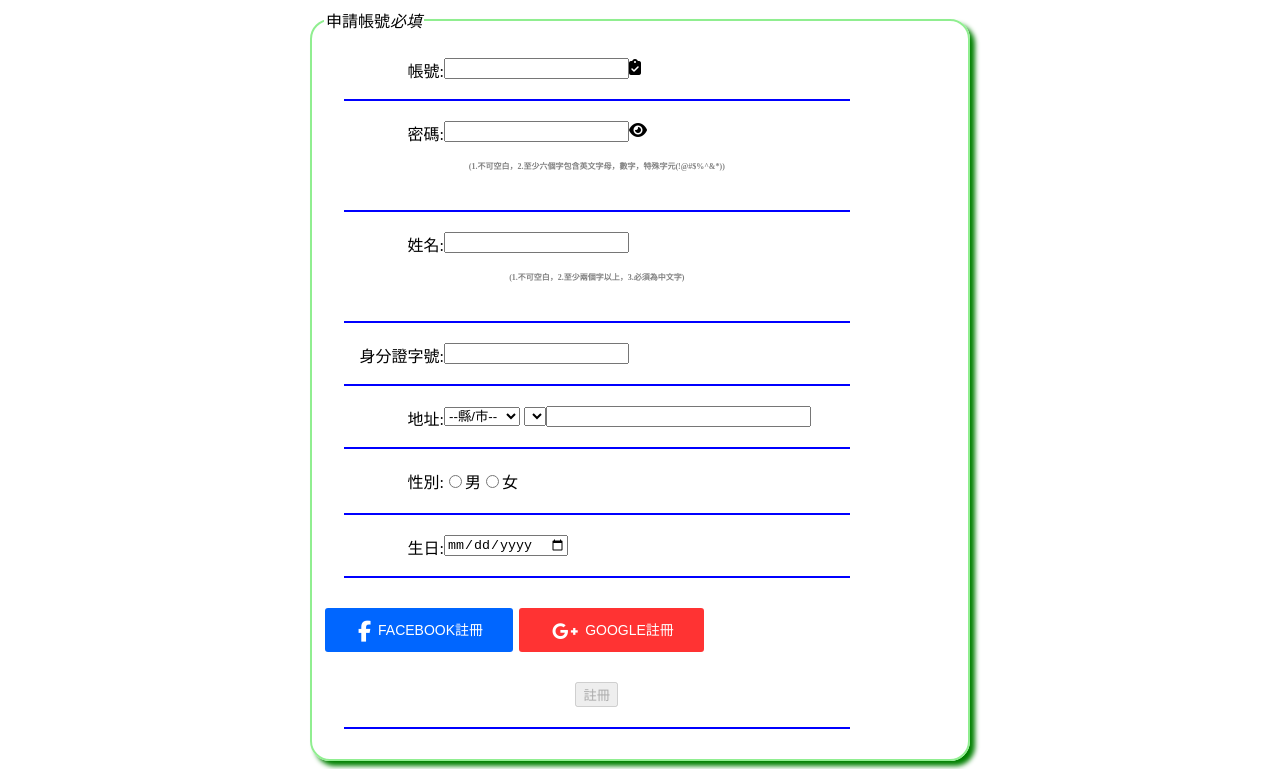
Repository: cctytw2000/Hibernate_HW
Page: Member/EEIT109_35/src/main/webapp/member/RegisteredMember.html
The author's editor kept a copy of each file at every save. The page is drawn from the files as they stood at one save, then again after the next save.
The browser window is 1280 px wide. The pictures show the whole page.
Some web libraries are served in a nearby version.

Above is the page before, as saved 2019-09-26 08:25:40.

After the next save:
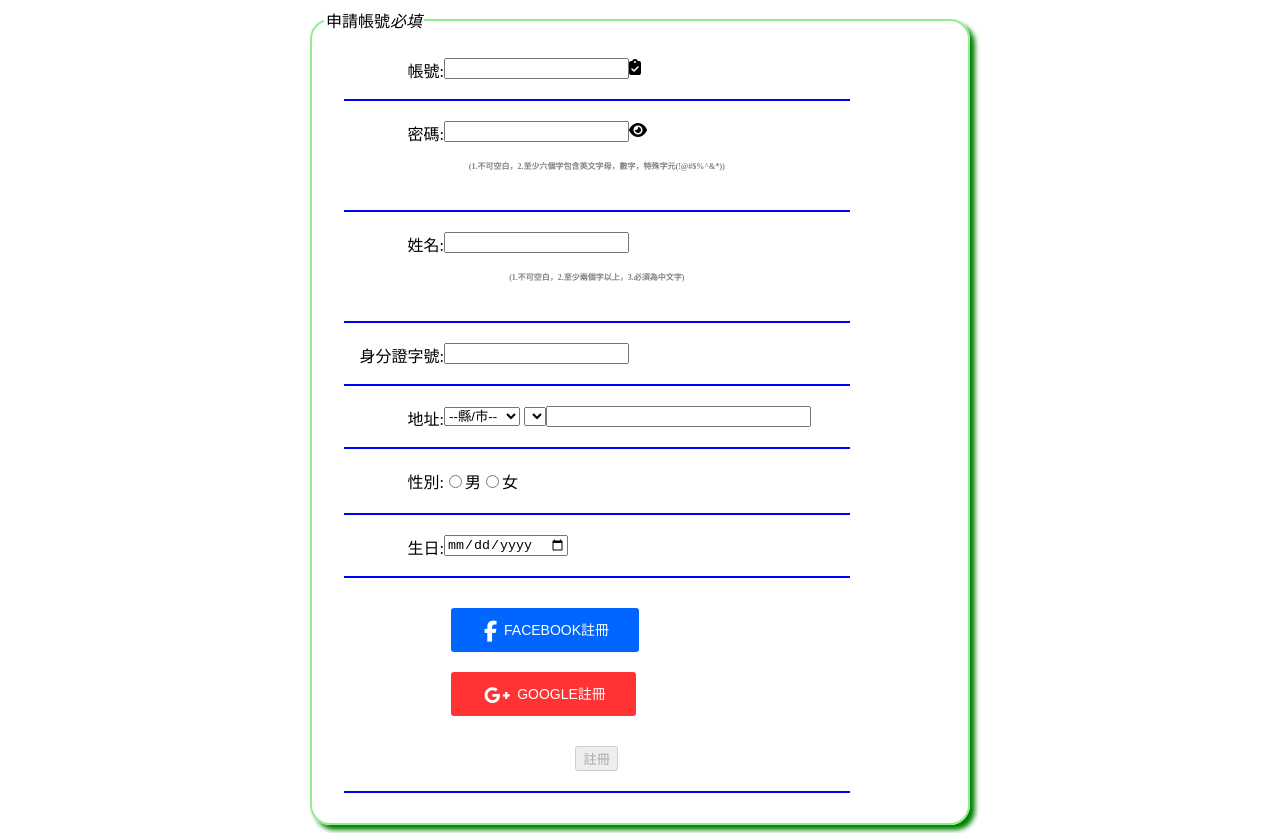
Saved 27 s later.
--- a/Member/EEIT109_35/src/main/webapp/member/RegisteredMember.html
+++ b/Member/EEIT109_35/src/main/webapp/member/RegisteredMember.html
@@ -60,7 +60,7 @@
                 <label class='label1'>生日:</label><input id="date" type="date" name="birth"><span
                     id="date_password"></span>
             </div>
-            <div style="margin: auto auto">
+            <div style="margin: auto auto;width: 60%">
                 <button type="button" style="background-color: #0066FF" class="btn btn-facebook" onclick="FBLogin();"><i
                         class="fab fa-facebook-f fa-lg"></i> Facebook註冊
                 </button> <button type="button" style="background-color: 	#FF3333" class="btn btn-google"
